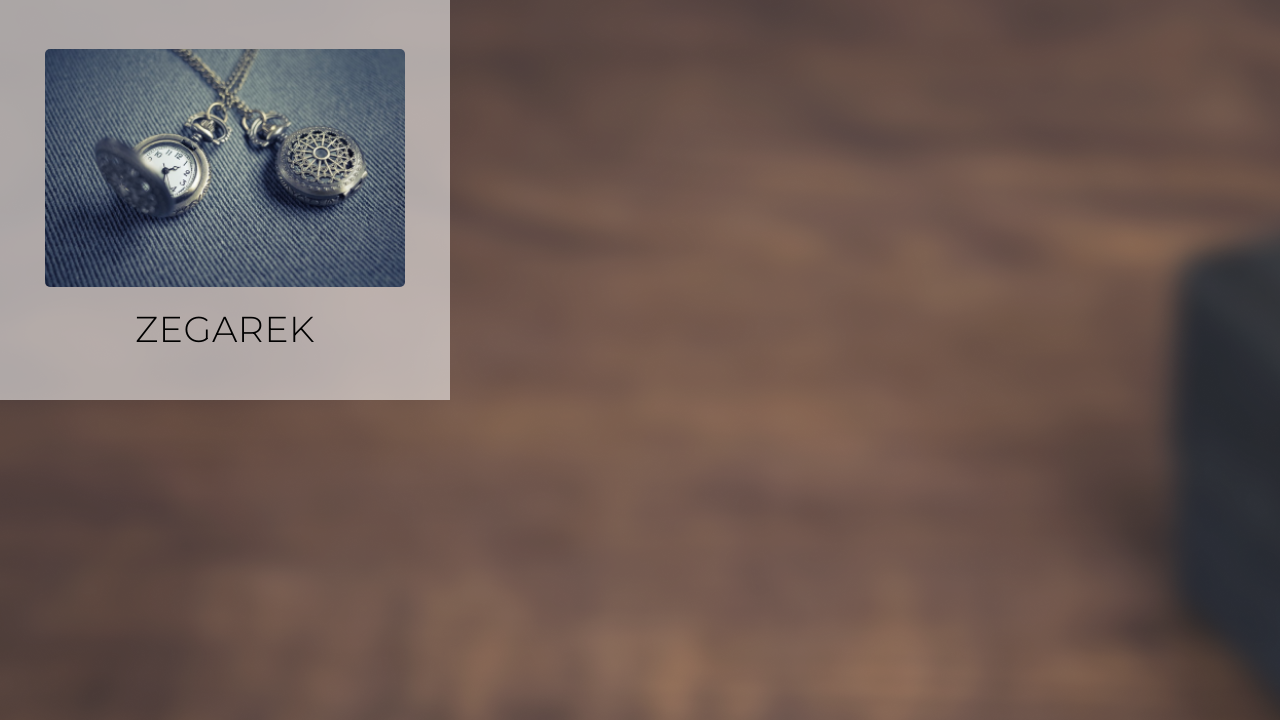
Repository: Rickardo198/prezent
Page: index.html
An editor plug-in stored every save of this project. The page is shown before and after the next save, followed by the edit.
The browser window is 1280 px wide. The pictures show the whole page.

Above is the page before, as saved 2020-10-25 21:19:49.

### index.html
<!DOCTYPE HTML>
<html>
<head>
    <title>Wszystkiego najlepszego!</title>
    <meta charset="utf-8">
    <style>
        @import url('https://fonts.googleapis.com/css2?family=Montserrat:wght@300&display=swap');
        *{
            margin: 0;
            padding: 0;
        }
        body{
            width: calc(100vw - 20px);
            height: 100vh;
            background: url("bg.png");
            box-sizing: border-box;
            font-family: 'Montserrat', sans-serif;
        }
        .wrapper{
            width: 450px;
            height: 400px;
            position: relative;
            display: flex;
            flex-direction: column;
            align-items: center;
            justify-content: center;
            border-radius: 5px;
        }
        .bgWrapper{
            width: 100%;
            height: 100%;
            position: absolute;
            top:0;
            left: 0;
            background: rgba(255, 255, 255, .55);
            filter: blur(30);
            z-index: -1;
        }
        .wrapperImg{
            width: 80%;
            border-radius: 5px;
        }
        .wrapperTitle{
            margin-top: 20px;
            font-size: 36px;
            letter-spacing: .6px;
        }
    </style>
</head>
<body>
    <div class="wrapper">
        <div class="bgWrapper"></div>
        <img src="img.png" alt="obrazki" class="wrapperImg">
        <p class="wrapperTitle">ZEGAREK</p>
    </div>
</body>
</html>

After the next save:
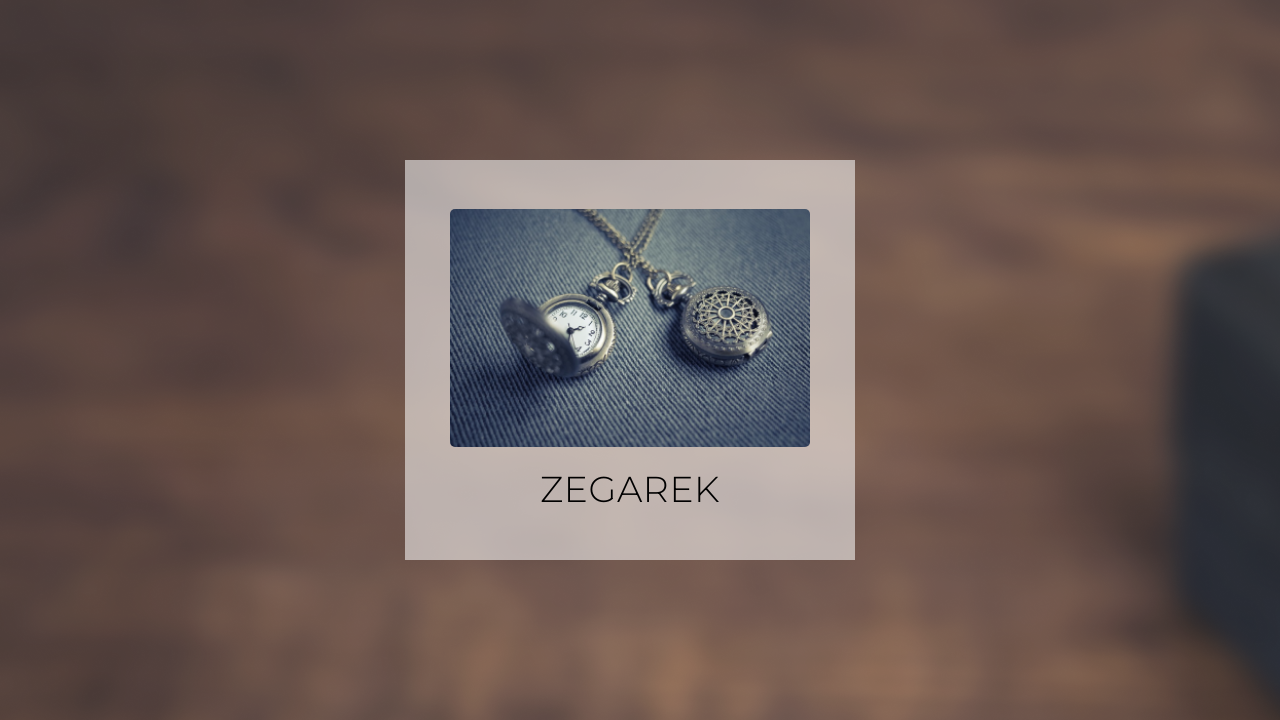
Saved 2 min 37 s later.
--- a/index.html
+++ b/index.html
@@ -15,8 +15,18 @@
             background: url("bg.png");
             box-sizing: border-box;
             font-family: 'Montserrat', sans-serif;
+            display: flex;
+            align-items: center;
+            justify-content: center;
         }
         .wrapper{
+            max-width: 1200px;
+            display: flex;
+            flex-flow: row wrap;
+            align-items: center;
+            align-items: center;
+        }
+        .cardWrapper{
             width: 450px;
             height: 400px;
             position: relative;
@@ -49,9 +59,11 @@
 </head>
 <body>
     <div class="wrapper">
-        <div class="bgWrapper"></div>
-        <img src="img.png" alt="obrazki" class="wrapperImg">
-        <p class="wrapperTitle">ZEGAREK</p>
+        <div class="cardWrapper">
+            <div class="bgWrapper"></div>
+            <img src="img.png" alt="obrazki" class="wrapperImg">
+            <p class="wrapperTitle">ZEGAREK</p>
+        </div>
     </div>
 </body>
 </html>
